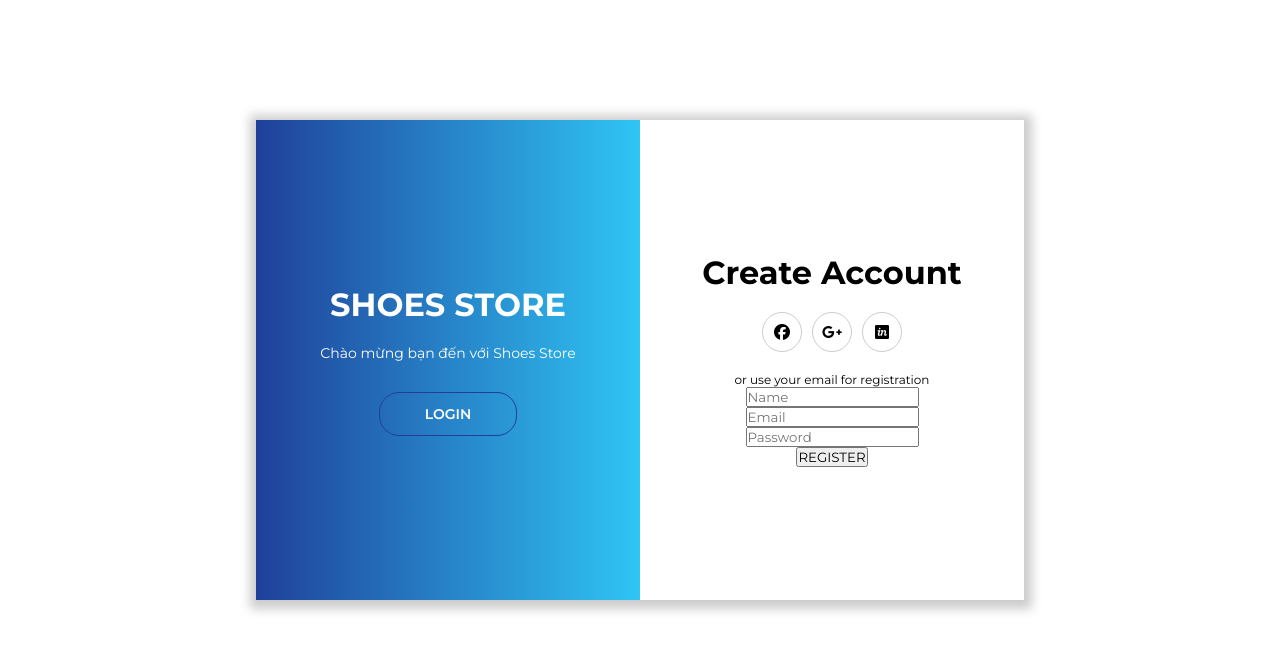
Repository: levananh202ht/Shoes-Store
Page: FondEnd/Styles/Register.html
The author's editor kept a copy of each file at every save. The page is drawn from the files as they stood at one save, then again after the next save.
The browser window is 1280 px wide. The pictures show the whole page.

Above is the page before, as saved 2023-12-23 14:25:31.

### FondEnd/Styles/Register.html
<!DOCTYPE html>
<html lang="en">
<head>
    <meta charset="UTF-8">
    <meta name="viewport" content="width=device-width, initial-scale=1.0">
    <link rel="stylesheet" href="https://cdnjs.cloudflare.com/ajax/libs/font-awesome/6.5.1/css/all.min.css" integrity="sha512-DTOQO9RWCH3ppGqcWaEA1BIZOC6xxalwEsw9c2QQeAIftl+Vegovlnee1c9QX4TctnWMn13TZye+giMm8e2LwA==" crossorigin="anonymous" referrerpolicy="no-referrer" />
    <link rel="stylesheet" href="./Register.css">
    <title>Document</title>
</head>
<body>
    <div class="container">

        <div class="container_title">
            <h1>SHOES STORE</h1>
            <p>Chào mừng bạn đến với Shoes Store</p>
            <button><a href="">LOGIN</a></button>
        </div>

        <div class="container_from">

            <h1>Create Account</h1>
            <ul>
                <li>
                    <a href=""><i class="fa-brands fa-facebook"></i></a>
                </li>
                <li>
                    <a href=""><i class="fa-brands fa-google-plus-g"></i></a>
                </li>
                <li>
                    <a href=""><i class="fa-brands fa-invision"></i></a>
                </li>
            </ul>
            <p class="container_from-title1">or use your email for registration</p>
            <input type="name" placeholder="Name">
            <input type="email" placeholder="Email">
            <input type="password" placeholder="Password">
            <button>REGISTER</button>

        </div>

    </div>
</body>
</html>

### FondEnd/Styles/Register.css
@import url('https://fonts.googleapis.com/css2?family=Montserrat:ital,wght@0,200;0,300;0,400;0,500;0,600;0,700;1,200;1,300;1,400;1,500;1,600;1,700&display=swap');


* {
    margin: 0;
    padding: 0;
    box-sizing: border-box;
    font-family: 'Montserrat', sans-serif;
}
body{
    display: flex;
    height: 100vh;
    align-items: center;
    justify-content: center;
}
.container {
    display: flex;
    width: 768px;
    height: 480px;
    background: #fff;
    box-shadow:1px 2px 10px 7px #ccc  ;
}
.container .container_title {
    background: linear-gradient(to right, #1f409a, #2fc5f4);
    width: 50%;
    color: #fff;
    display: flex;
    flex-direction: column;
    align-items: center;
    justify-content: center;
}
.container .container_title h1 {
    font-size: 32px;
    font-weight: 700;
}
.container .container_title p {
    margin: 20px 0 30px;
    font-size: 14px;
    font-weight: 400;
}
.container .container_title button {
    border-radius: 20px;
    border: 1px solid #1f409a;
    padding: 12px 45px;
    background-color: transparent;
}
.container .container_title button:hover{
    background-color: #1f409a;
    border-color: transparent;
}
.container .container_title button a {
    font-size: 14px;
    text-decoration: none;
    color: #fff;
    font-weight: 600;
}
.container .container_from{
    width: 50%;
    padding: 0 50px;
    display: flex;
    flex-direction: column;
    align-items: center;
    justify-content: center;
}
.container .container_from h1 {
    font-size: 32px;
    text-align: center;
    font-weight: 700;
}
.container .container_from ul {
    display: flex;
    list-style: none;
    margin: 20px 0;
}
.container .container_from ul li {
    border-radius: 50%;
    border: 1px solid #ccc;
    display: inline-flex;
    justify-content: center;
    align-items: center;
    margin: 0 5px;
    height: 40px;
    width: 40px;
}
.container .container_from ul li a i {
    color: #000;
}
.container .container_from .container_from-title1 {
    font-size: 12px;
    color: #000;
}

After the next save:
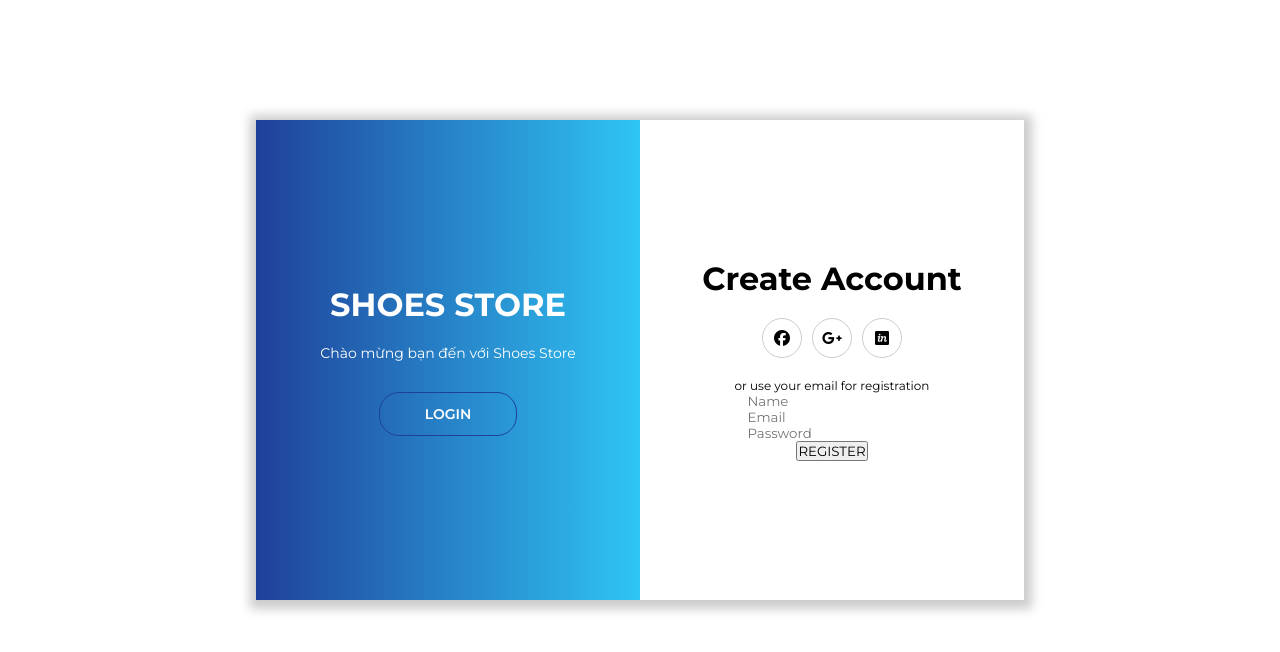
Saved 85 s later.
--- a/FondEnd/Styles/Register.css
+++ b/FondEnd/Styles/Register.css
@@ -89,3 +89,7 @@ body{
     font-size: 12px;
     color: #000;
 }
+.container .container_from input {
+    color: #eee;
+    border: none;
+}
